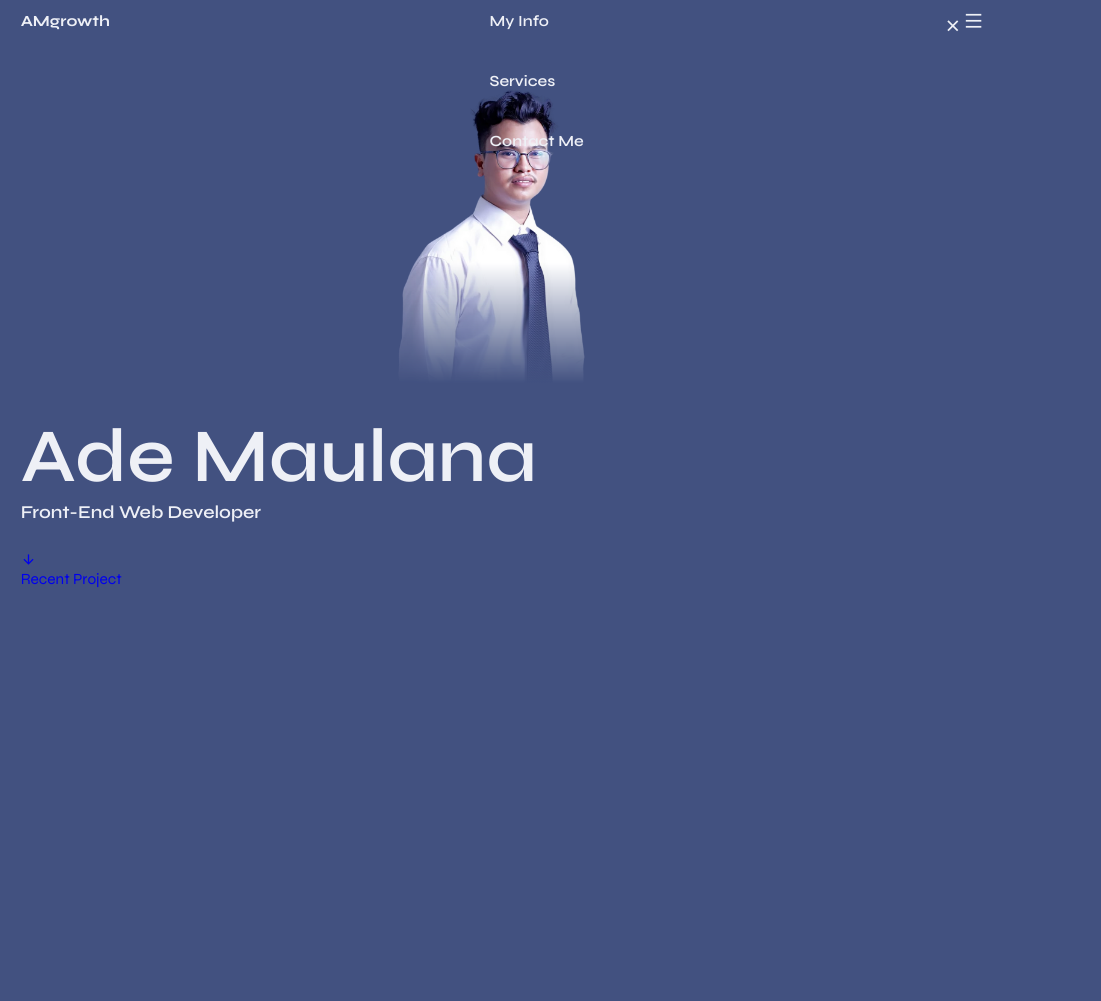
Repository: Ademaulana100499/portofolio
Page: index.html
The author's editor kept a copy of each file at every save. The page is drawn from the files as they stood at one save, then again after the next save.
The browser window is 1280 px wide. The pictures show the whole page, at 86% of full size.
Some web fonts or font styles are not loaded; a fallback is used.

Above is the page before, as saved 2024-11-28 17:03:16.

### index.html
<!DOCTYPE html>
<html lang="en">
  <head>
    <meta charset="UTF-8" />
    <meta name="viewport" content="width=device-width, initial-scale=1.0" />
    <title>AMgrowth</title>
    <link rel="shortcut icon" href="assets/img/Favicon.png" />
    <link
      href="https://cdn.jsdelivr.net/npm/remixicon/fonts/remixicon.css"
      rel="stylesheet"
    />
    <link rel="stylesheet" href="assets/css/style.css" />
  </head>
  <body>
    <!-- HEADER -->
    <header class="header" id="header">
      <nav class="nav container">
        <a href="#" class="nav__logo">AMgrowth</a>
        <div class="nav__menu" id="nav-menu">
          <ul class="nav__list">
            <li>
              <a href="#home" class="nav__link">Home</a>
            </li>
            <li>
              <a href="#project" class="nav__link">Project</a>
            </li>
            <li>
              <a href="#info" class="nav__link">My Info</a>
            </li>
            <li>
              <a href="#services" class="nav__link">Services</a>
            </li>
            <li>
              <a href="#contact" class="nav__link">Contact Me</a>
            </li>
          </ul>
          <!-- Close Button -->
          <div class="nav__close" id="nav-close">
            <i class="ri-close-line"></i>
          </div>
        </div>

        <!-- Toggle Button -->
        <div class="nav__toggle" id="nav-toggle">
          <i class="ri-menu-line"></i>
        </div>
      </nav>
    </header>

    <!-- MAIN -->
    <main class="main" id="main">
      <!-- HOME -->
      <section class="home section" id="home">
        <div class="home__container container grid">
          <img src="assets/img/Photo.png" alt="image" class="home__img" />
          <div class="home__data">
            <h1 class="home__name">Ade Maulana</h1>
            <h3 class="home__profession">Front-End Web Developer</h3>
          </div>
          <a href="#project" class="home__scroll">
            <div class="home__scroll-box">
              <i class="ri-arrow-down-line"></i>
            </div>
            <span class="home__scroll-text">Recent Project</span>
          </a>
        </div>
      </section>
      <!-- PROJECT -->
      <section class="project section" id="project"></section>
      <!-- INFO -->
      <section class="info section" id="info"></section>
      <!-- SERVICES -->
      <section class="services section" id="services"></section>
      <!-- CONTACT -->
      <section class="contact section" id="contact"></section>
    </main>

    <!-- FOOTER -->
    <footer class="footer" id="footer"></footer>
    <!-- SCROLL UP -->
    <!-- SCROLLREVEAL -->
    <script src=""></script>
    <!-- EMAIL JS -->
    <script src=""></script>
    <!-- MAIN JS -->
    <script src="assets/js/main.js"></script>
  </body>
</html>

### assets/css/style.css
@import url("https://fonts.googleapis.com/css2?family=Kite+One&family=Oooh+Baby&family=Orelega+One&family=Poppins:ital,wght@0,100;0,200;0,300;0,400;0,500;0,600;0,700;0,800;0,900;1,100;1,200;1,300;1,400;1,500;1,600;1,700;1,800;1,900&family=Syne:wght@400..800&display=swap");

/* VARIABLE CSS */
:root {
  --header-height: 3rem;

  /* Colors */
  --hue: 230;
  --first-color: hsl(var(--hue), 55%, 55%);
  --first-color-light: hsl(var(--hue), 55%, 65%);
  --first-color-alt: hsl(var(--hue), 50%, 50%);
  --title-color: hsl(var(--hue), 30%, 95%);
  --text-color: hsl(var(--hue), 20%, 80%);
  --text-color-light: hsl(var(--hue), 20%, 70%);
  --body-color: hsl(225, 32%, 38%);
  --container-color: hsl(var(--hue), 40%, 20%);

  /* Font and typography */
  --body-font: "Syne", sans-serif;
  --biggest-font-size: 3rem;
  --h1-font-size: 1.5rem;
  --h2-font-size: 1.25rem;
  --h3-font-size: 1rem;
  --normal-font-size: 0.938rem;
  --small-font-size: 0.813rem;

  /* Font weight */
  --font-regular: 400;
  --font-semi-bold: 600;
  --font-bold: 700;

  /* z index */
  --z-tooltip: 10;
  --z-fixed: 100;
}
/* Responsive typography */
@media screen and (min-width: 1150px) {
  :root {
    --biggest-font-size: 5.5rem;
    --big-font-size: 2.75rem;
    --h1-font-size: 2.25rem;
    --h2-font-size: 1.5rem;
    --h3-font-size: 1.25rem;
    --normal-font-size: 1.125rem;
    --small-font-size: 0.875rem;
  }
}

/* BASE */
* {
  margin: 0;
  padding: 0;
  box-sizing: border-box;
}

html {
  scroll-behavior: smooth;
}

body,
input,
textarea,
button {
  font-family: var(--body-font);
  font-size: var(--normal-font-size);
}

body {
  background-color: var(--body-color);
  color: var(--text-color);
}
input,
button,
textarea {
  outline: none;
  border: none;
}

h1,
h2,
h3 {
  color: var(--title-color);
  font-weight: var(--font-semi-bold);
}
p {
  line-height: 130%;
}

ul {
  list-style: none;
}

a {
  text-decoration: none;
}

img {
  display: block;
  max-width: 100%;
  height: auto;
}

/* REUSABLE CSS CLASSES */
.container {
  max-width: 1120px;
  margin-inline: 1.5rem;
}

.grid {
  display: grid;
  gap: 1.5rem;
}

.section {
  padding-block: 5rem 2rem;
}

.section__title {
  font-size: var(--h1-font-size);
  text-align: center;
  margin-bottom: 2rem;
  font-weight: var(--font-bold);
}
main {
  overflow: hidden;
}

/* HEADER & NAV */
.header {
  position: fixed;
  width: 100%;
  top: 0;
  left: 0;
  background-color: transparent;
  z-index: var(--z-fixed);
}
.nav {
  position: relative;
  height: var(--header-height);
  display: flex;
  justify-content: space-between;
  align-items: center;
}

.nav__logo {
  color: var(--title-color);
  font-weight: var(--font-bold);
}
.nav__toggle,
.nav__close {
  font-size: 1.5rem;
  cursor: pointer;
  color: var(--title-color);
}
/* Navigation for mobile */
@media screen and (max-width: 1150px) {
  .nav__menu {
    position: fixed;
    top: 0;
    right: -100%;
    background-color: hsla(var(--hue), 70%, 4%, 0.2);
    backdrop-filter: blur(16px);
    -webkit-backdrop-filter: blur(16px);
    width: 80%;
    height: 100%;
    padding: 7rem 3rem;
    transition: right 0.4s;
  }
}
.nav__list {
  display: flex;
  flex-direction: column;
  row-gap: 3rem;
}
.nav__link {
  position: relative;
  color: var(--title-color);
  font-weight: var(--font-semi-bold);
  transition: color 0.4s;
}
.nav__link::after {
  content: "";
  width: 0;
  height: 2px;
  background-color: var(--first-color-light);
  position: absolute;
  left: 0;
  bottom: -0.5rem;
  transition: width 0.3s;
}
.nav__link:hover {
  color: var(--first-color-light);
}
.nav__link:hover::after {
  width: 30%;
}
.nav__close {
  position: absolute;
  top: 1rem;
  right: 1.5rem;
}

/* Show Menu */
.show-menu {
  right: 0;
}
/* Add blur to header */
/* Active link */

/* HOME */
.home__container {
  row-gap: 2rem;
  padding-top: 1rem;
}

.home__img {
  width: 350px;
  justify-self: center;
  mask-image: linear-gradient(
    to bottom,
    hsla(var(--hue), 40%, 16%) 60%,
    transparent 100%
  );
}
.home__name {
  font-size: var(--biggest-font-size);
}

### assets/js/main.js
const navMenu = document.getElementById("nav-menu"),
  navToggle = document.getElementById("nav-toggle"),
  navClose = document.getElementById("nav-close");

if (navToggle) {
  navToggle.addEventListener("click", () => {
    navMenu.classList.add("show-menu");
  });
}

if (navClose) {
  navClose.addEventListener("click", () => {
    navMenu.classList.remove("show-menu");
  });
}

const navLink = document.querySelectorAll(".nav__link");
const linkAction = () => {
  const navMenu = document.getElementById("nav-menu");
  navMenu.classList.remove("show-menu");
};
navLink.forEach((n) => n.addEventListener("click", linkAction));

After the next save:
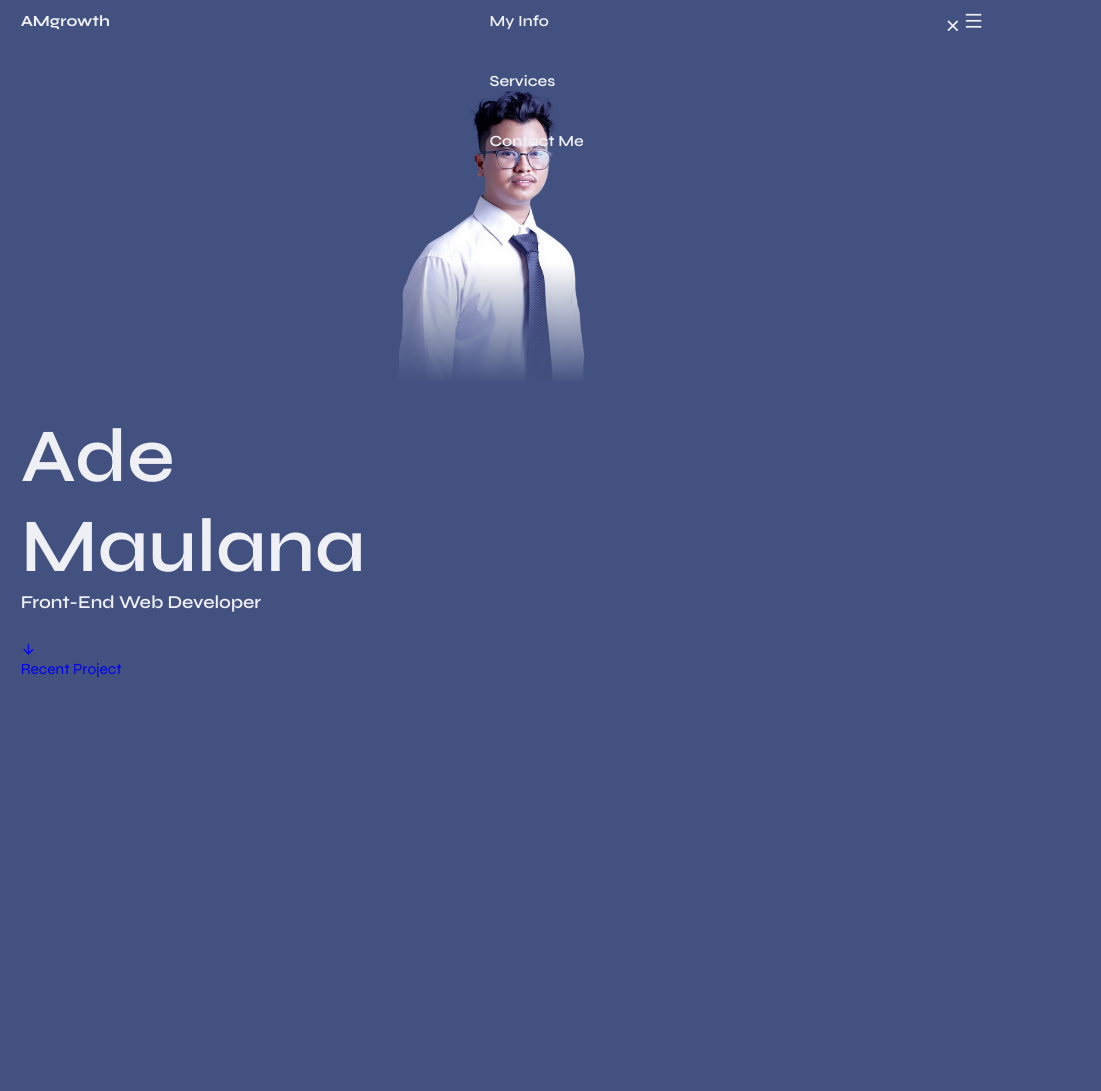
Saved 15 s later.
--- a/index.html
+++ b/index.html
@@ -54,7 +54,10 @@
         <div class="home__container container grid">
           <img src="assets/img/Photo.png" alt="image" class="home__img" />
           <div class="home__data">
-            <h1 class="home__name">Ade Maulana</h1>
+            <h1 class="home__name">
+              Ade <br />
+              Maulana
+            </h1>
             <h3 class="home__profession">Front-End Web Developer</h3>
           </div>
           <a href="#project" class="home__scroll">
